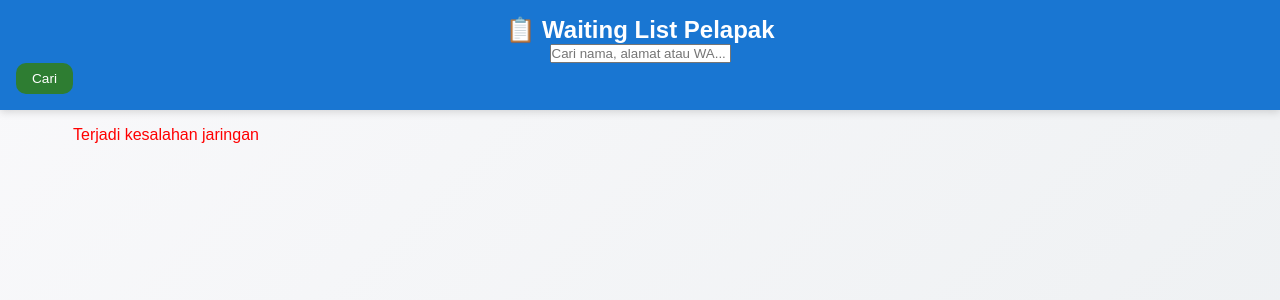
Repository: pasarrakyatbak/WaitingListforPanitia
Page: index.html
The author's editor kept a copy of each file at every save. The page is drawn from the files as they stood at one save, then again after the next save.
The browser window is 1280 px wide. The pictures show the whole page.
The page's requests for data from a server got no answer.

Above is the page before, as saved 2025-09-25 15:38:03.

### index.html
<!DOCTYPE html>
<html lang="id">

<head>
    <meta charset="UTF-8" />
    <meta name="viewport" content="width=device-width, initial-scale=1.0" />
    <title>Waiting List Pelapak</title>
    <link rel="stylesheet" href="style.css" />
    <link href="https://fonts.googleapis.com/icon?family=Material+Icons" rel="stylesheet">
</head>

<body>
    <header>
        <h1>📋 Waiting List Pelapak</h1>
        <div class="search-container">
            <input type="text" id="searchInput" placeholder="Cari nama, alamat atau WA...">
            <button id="searchBtn" class="btn primary">Cari</button>
        </div>
    </header>

    <main class="container">
        <!-- Loader Global -->
        <div id="loader" class="loader hidden">
            <div class="spinner"></div>
            <p>Sedang memuat data...</p>
        </div>

        <!-- List Container -->
        <div id="listContainer" class="grid"></div>

        <!-- Pagination -->
        <div id="pagination" class="pagination"></div>
    </main>

    <!-- Modal Konfirmasi -->
    <div id="modal" class="modal hidden">
        <div class="modal-content">
            <p id="modalMessage"></p>
            <div class="modal-actions">
                <button id="confirmBtn" class="btn primary">
                    <span class="btn-text">Ya</span>
                    <span class="btn-spinner hidden"></span>
                </button>
                <button id="cancelBtn" class="btn secondary">Batal</button>
            </div>
        </div>
    </div>

    <!-- Toast Notification -->
    <div id="toast" class="toast hidden">
        <span id="toastMessage"></span>
        <button id="toastClose">&times;</button>
    </div>

    <script src="script.js"></script>
</body>

</html>

### style.css
/* Reset & global */
* {
    margin: 0;
    padding: 0;
    box-sizing: border-box;
}

body {
    font-family: "Poppins", sans-serif;
    background: linear-gradient(135deg, #f9f9fb, #eceff1);
    color: #333;
    min-height: 100vh;
    display: flex;
    flex-direction: column;
}

header {
    padding: 1rem;
    text-align: center;
    background: #1976d2;
    color: #fff;
    box-shadow: 0 2px 8px rgba(0, 0, 0, 0.15);
}

h1 {
    font-size: 1.5rem;
    font-weight: 600;
}

.container {
    flex: 1;
    padding: 1rem;
}

/* Loader Global */
.loader {
    display: flex;
    flex-direction: column;
    align-items: center;
    justify-content: center;
    margin: 2rem 0;
    gap: 0.8rem;
}

.loader.hidden {
    display: none;
}

.spinner {
    border: 4px solid #eee;
    border-top: 4px solid #1976d2;
    border-radius: 50%;
    width: 36px;
    height: 36px;
    animation: spin 1s linear infinite;
}

@keyframes spin {
    100% {
        transform: rotate(360deg);
    }
}

/* Grid layout responsif */
.grid {
    display: grid;
    gap: 1rem;
}

@media(min-width:480px) {
    .grid {
        grid-template-columns: repeat(2, 1fr);
    }
}

@media(min-width:768px) {
    .grid {
        grid-template-columns: repeat(3, 1fr);
    }
}

@media(min-width:1024px) {
    .grid {
        grid-template-columns: repeat(4, 1fr);
    }
}

/* Card style */
.card {
    background: #fff;
    border-radius: 16px;
    box-shadow: 0 6px 16px rgba(0, 0, 0, 0.08);
    padding: 1rem 1.2rem;
    display: flex;
    flex-direction: column;
    justify-content: space-between;
    transition: transform 0.25s ease, box-shadow 0.25s ease;
}

.card:hover {
    transform: translateY(-4px);
    box-shadow: 0 10px 24px rgba(0, 0, 0, 0.12);
}

.card.done {
    border: 2px solid #2e7d32;
    background: #f1f8f4;
}

.card .title {
    font-size: 1.1rem;
    font-weight: 600;
    margin-bottom: 0.3rem;
    color: #222;
}

.card .subtitle {
    color: #555;
    font-size: 0.9rem;
    margin-bottom: 0.25rem;
}

.card .actions {
    margin-top: 0.8rem;
    display: flex;
    gap: 0.5rem;
}

/* Button styles */
.btn {
    border: none;
    padding: 0.5rem 1rem;
    border-radius: 10px;
    cursor: pointer;
    font-size: 0.85rem;
    font-weight: 500;
    transition: 0.3s ease;
    display: flex;
    align-items: center;
}

.btn.primary {
    background: #2e7d32;
    color: #fff;
}

.btn.primary:hover {
    background: #1b5e20;
}

.btn.secondary {
    background: #757575;
    color: #fff;
}

.btn.secondary:hover {
    background: #616161;
}

.btn.danger {
    background: #c62828;
    color: #fff;
}

.btn.danger:hover {
    background: #8e0000;
}

/* Modal */
.modal {
    position: fixed;
    inset: 0;
    background: rgba(0, 0, 0, 0.45);
    display: flex;
    align-items: center;
    justify-content: center;
    z-index: 1000;
}

.modal.hidden {
    display: none;
}

.modal-content {
    background: #fff;
    padding: 1.5rem;
    border-radius: 14px;
    width: 90%;
    max-width: 340px;
    text-align: center;
    animation: fadeInUp 0.3s ease;
}

.modal-actions {
    margin-top: 1rem;
    display: flex;
    justify-content: space-around;
}

/* Toast */
.toast {
    position: fixed;
    top: 50%;
    left: 50%;
    transform: translate(-50%, -50%) scale(0.95);
    background: #323232;
    color: #fff;
    padding: 1rem 1.2rem;
    border-radius: 12px;
    font-size: 0.95rem;
    box-shadow: 0 8px 24px rgba(0, 0, 0, 0.2);
    opacity: 0;
    display: flex;
    align-items: center;
    gap: 1rem;
    transition: opacity 0.4s ease, transform 0.4s ease;
    z-index: 2000;
}

.toast.show {
    opacity: 1;
    transform: translate(-50%, -50%) scale(1.05);
}

.toast.success {
    background: #2e7d32;
}

.toast.error {
    background: #c62828;
}

.toast button {
    background: transparent;
    border: none;
    color: #fff;
    font-size: 1.2rem;
    cursor: pointer;
}

/* Animasi */
@keyframes fadeInUp {
    from {
        transform: translateY(20px);
        opacity: 0;
    }

    to {
        transform: translateY(0);
        opacity: 1;
    }
}

/* Spinner kecil di tombol modal */
.btn-spinner {
    border: 3px solid rgba(255, 255, 255, 0.5);
    border-top: 3px solid #fff;
    border-radius: 50%;
    width: 16px;
    height: 16px;
    margin-left: 8px;
    animation: spin 0.8s linear infinite;
    display: inline-block;
}

.btn-spinner.hidden {
    display: none;
}

/* Spinner kecil di tombol card */
.btn-card-spinner {
    border: 2px solid rgba(255, 255, 255, 0.5);
    border-top: 2px solid #fff;
    border-radius: 50%;
    width: 14px;
    height: 14px;
    margin-left: 6px;
    animation: spin 0.8s linear infinite;
    display: inline-block;
}

.btn-card-spinner.hidden {
    display: none;
}

### script.js
const URL_API = "https://script.google.com/macros/s/AKfycby4z2qZ24SrJkcyGpybH29lSUC_3_z1LG-7wSmTzpaOEXrwjXf0Cl3hqkg95qAxPj1-/exec";

const listContainer = document.getElementById("listContainer");
const modal = document.getElementById("modal");
const modalMessage = document.getElementById("modalMessage");
const confirmBtn = document.getElementById("confirmBtn");
const cancelBtn = document.getElementById("cancelBtn");
const loader = document.getElementById("loader");

const btnText = confirmBtn.querySelector(".btn-text");
const btnSpinner = confirmBtn.querySelector(".btn-spinner");

let selectedItem = null;
let selectedAction = null;

// Loader global
function showLoader() { loader.classList.remove("hidden"); }
function hideLoader() { loader.classList.add("hidden"); }

// Loader kecil di tombol konfirmasi
function setButtonLoading(state) {
    if (state) {
        btnText.textContent = "Memproses...";
        btnSpinner.classList.remove("hidden");
        confirmBtn.disabled = true;
    } else {
        btnText.textContent = "Ya";
        btnSpinner.classList.add("hidden");
        confirmBtn.disabled = false;
    }
}

async function loadData(page = 1, limit = 10, keyword = "") {
    showLoader();
    let url = keyword && keyword.trim() !== ""
        ? `${URL_API}?action=searchWaitingList&keyword=${encodeURIComponent(keyword)}&page=${page}&limit=${limit}`
        : `${URL_API}?action=waitingList&page=${page}&limit=${limit}`;

    try {
        const res = await fetch(url);
        const json = await res.json();
        listContainer.innerHTML = "";
        if (json.success) {
            json.data.forEach(item => renderCard(item));
        } else {
            listContainer.innerHTML = `<p style="text-align:center;">${json.message || 'Gagal mengambil data'}</p>`;
        }
    } catch (err) {
        console.error("Error loadData:", err);
        listContainer.innerHTML = `<p style="text-align:center; color:red;">Terjadi kesalahan jaringan</p>`;
    } finally {
        hideLoader();
    }
}

// Render card
function renderCard(item) {
    const card = document.createElement("div");
    card.classList.add("card");
    if (item.status === "done") card.classList.add("done");
    card.dataset.no = item.no;

    card.innerHTML = `
      <div class="title">${item.no}. ${item.nama}</div>
      <div class="subtitle"><strong>Alamat:</strong> ${item.alamat}</div>
      <div class="subtitle"><strong>Jualan:</strong> ${item.jualan}</div>
      <div class="subtitle"><strong>WA:</strong> ${item.nomor_wa}</div>
      <div class="actions">
        <button class="btn primary">Done</button>
        <button class="btn danger">Hapus</button>
      </div>
    `;

    card.querySelector(".btn.primary").addEventListener("click", () => {
        selectedItem = item;
        selectedAction = "done";
        modalMessage.textContent = `Tandai "${item.nama}" sebagai Done?`;
        modal.classList.remove("hidden");
    });

    card.querySelector(".btn.danger").addEventListener("click", () => {
        selectedItem = item;
        selectedAction = "delete";
        modalMessage.textContent = `Hapus "${item.nama}" dari waiting list?`;
        modal.classList.remove("hidden");
    });

    listContainer.appendChild(card);
}

// Modal batal
cancelBtn.addEventListener("click", () => {
    modal.classList.add("hidden");
    selectedItem = null;
    selectedAction = null;
});

// Modal konfirmasi
confirmBtn.addEventListener("click", async () => {
    if (!selectedItem || !selectedAction) {
        modal.classList.add("hidden");
        return;
    }
    let actionApi = selectedAction === "done" ? "approveWaitingList" : "deleteWaitingList";

    setButtonLoading(true);
    try {
        const res = await fetch(URL_API, {
            method: "POST",
            body: new URLSearchParams({
                action: actionApi,
                no: selectedItem.no
            })
        });
        const json = await res.json();
        if (json.success) {
            if (selectedAction === "done") {
                markAsDone(selectedItem.no);
                showToast(`"${selectedItem.nama}" ditandai Done ✅`, "success");
            } else {
                removeCard(selectedItem.no);
                showToast(`"${selectedItem.nama}" berhasil dihapus ❌`, "success");
            }
        } else {
            showToast(json.message || "Gagal update data", "error");
        }
    } catch (err) {
        console.error("Error confirm:", err);
        showToast("Kesalahan jaringan", "error");
    } finally {
        setButtonLoading(false);
        modal.classList.add("hidden");
    }
});

// Tandai Done
function markAsDone(no) {
    const card = listContainer.querySelector(`.card[data-no="${no}"]`);
    if (card) card.classList.add("done");
}

// Hapus card
function removeCard(no) {
    const card = listContainer.querySelector(`.card[data-no="${no}"]`);
    if (card) card.remove();
}

// Toast
function showToast(message, type = "success") {
    const toast = document.getElementById("toast");
    const toastMessage = document.getElementById("toastMessage");
    const toastClose = document.getElementById("toastClose");

    toastMessage.textContent = message;
    toast.className = `toast ${type} show`;

    const timer = setTimeout(() => {
        toast.className = "toast hidden";
    }, 3000);

    toastClose.onclick = () => {
        clearTimeout(timer);
        toast.className = "toast hidden";
    };
}

window.addEventListener("DOMContentLoaded", () => {
    loadData();
});

After the next save:
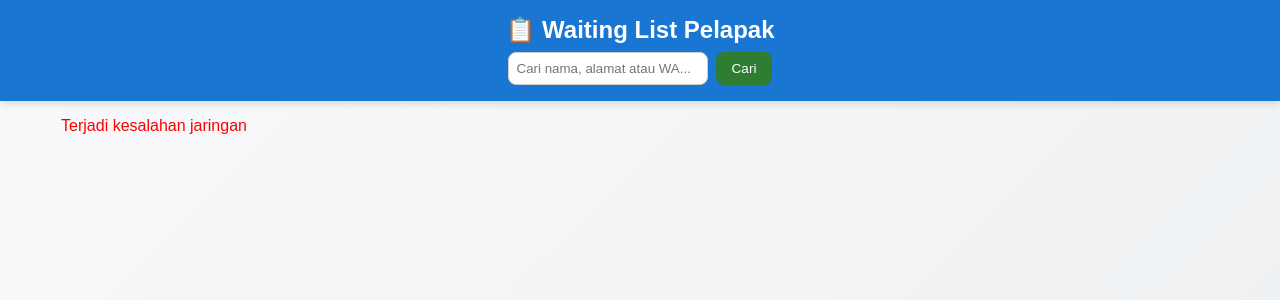
Saved 26 s later.
--- a/style.css
+++ b/style.css
@@ -25,11 +25,28 @@ header {
 h1 {
     font-size: 1.5rem;
     font-weight: 600;
-}
-
-.container {
-    flex: 1;
-    padding: 1rem;
+    margin-bottom: 0.5rem;
+}
+
+.search-container {
+    margin-top: 0.5rem;
+    display: flex;
+    justify-content: center;
+    gap: 0.5rem;
+}
+
+.search-container input {
+    padding: 0.5rem;
+    border-radius: 8px;
+    border: 1px solid #ccc;
+    width: 200px;
+}
+
+.search-container button {
+    padding: 0.5rem 1rem;
+    border-radius: 8px;
+    border: none;
+    cursor: pointer;
 }
 
 /* Loader Global */
@@ -65,6 +82,7 @@ h1 {
 .grid {
     display: grid;
     gap: 1rem;
+    margin-top: 1rem;
 }
 
 @media(min-width:480px) {
@@ -282,3 +300,29 @@ h1 {
 .btn-card-spinner.hidden {
     display: none;
 }
+
+/* Pagination */
+.pagination {
+    display: flex;
+    justify-content: center;
+    gap: 0.5rem;
+    margin-top: 1rem;
+}
+
+.pagination button {
+    padding: 0.4rem 0.8rem;
+    border-radius: 6px;
+    border: 1px solid #1976d2;
+    background: #fff;
+    color: #1976d2;
+    cursor: pointer;
+}
+
+.pagination button.active {
+    background: #1976d2;
+    color: #fff;
+}
+
+.pagination button:hover {
+    opacity: 0.8;
+}
